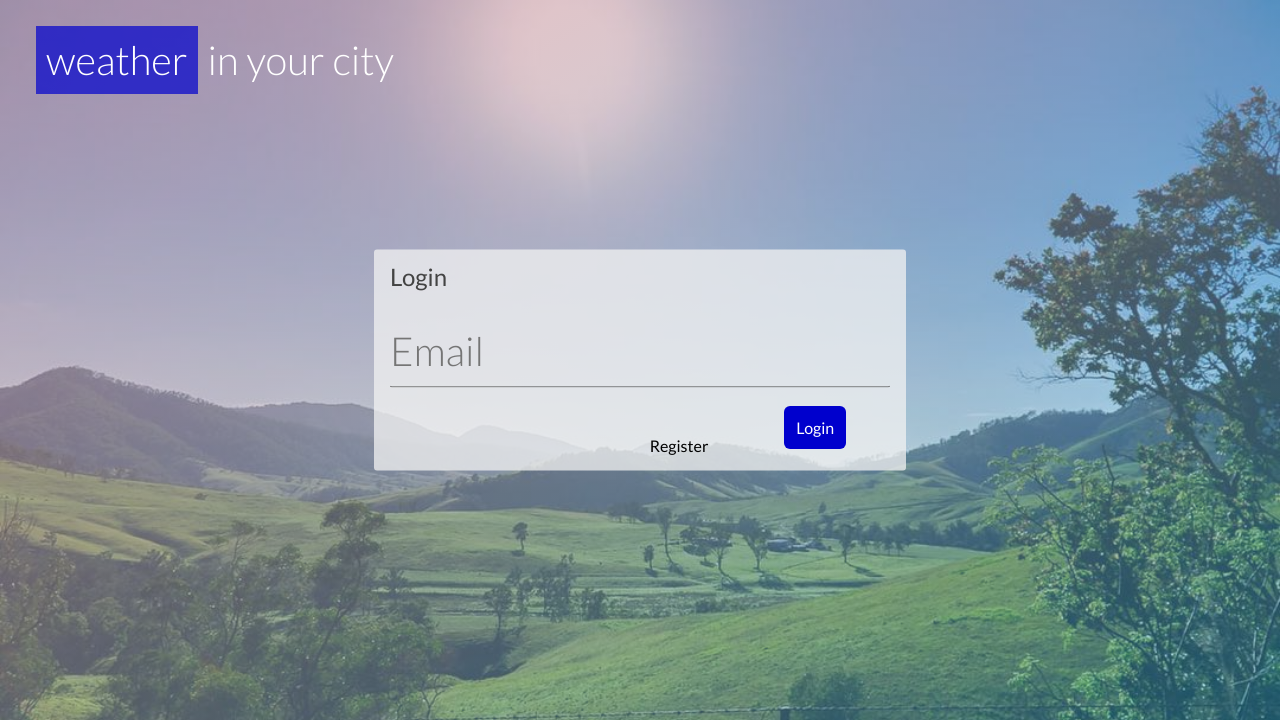
Repository: nosplashurinal/weather-app
Page: /, after clicking the first element matching `button.next`
These files come from the project's save history. The page is drawn as it stood at one moment and after the next save; the edit follows.
The browser window is 1280 px wide. The pictures show the whole page.
The project was rebuilt for these pictures with package versions that can differ from the ones it lists, and the page was loaded fresh each time. Also part of the build but not shown: src/components/RecentSearches.vue, src/components/Search.vue, src/components/WeatherDataBlock.vue.

Above is the page before, as saved 2018-12-31 17:08:39.

After the next save:
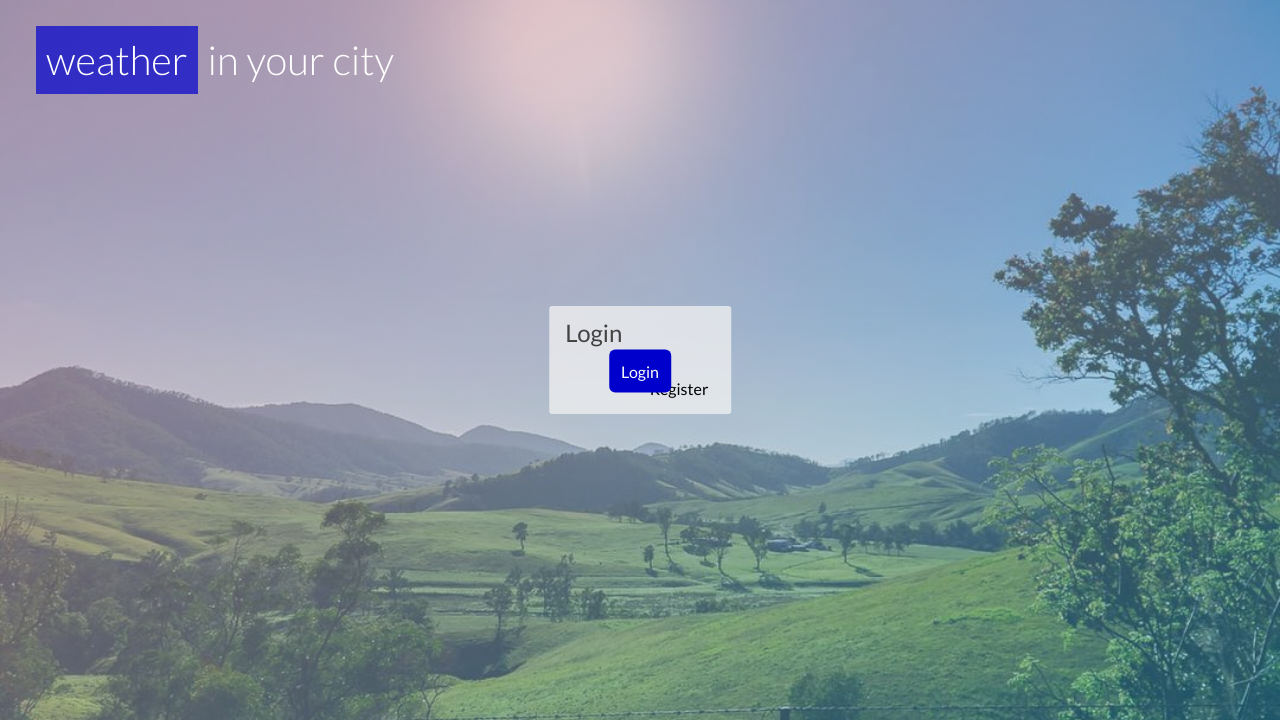
Saved 17 s later.
--- a/src/components/Login.vue
+++ b/src/components/Login.vue
@@ -2,17 +2,8 @@
   <div class="login">
     <div class="login-container">
       <p>Login</p>
-      <input
-        autocomplete="off"
-        type="email"
-        name="email"
-        class="email"
-        id="email"
-        placeholder="Email"
-        v-on:keypress="onKeyPress"
-      >
       <div class="button-container">
-        <div class="login" v-on:click="onLogin">Login</div>
+        <button class="login" v-on:click="onLogin">Login</button>
         <button class="register-button">Register</button>
       </div>
     </div>

After the save that followed:
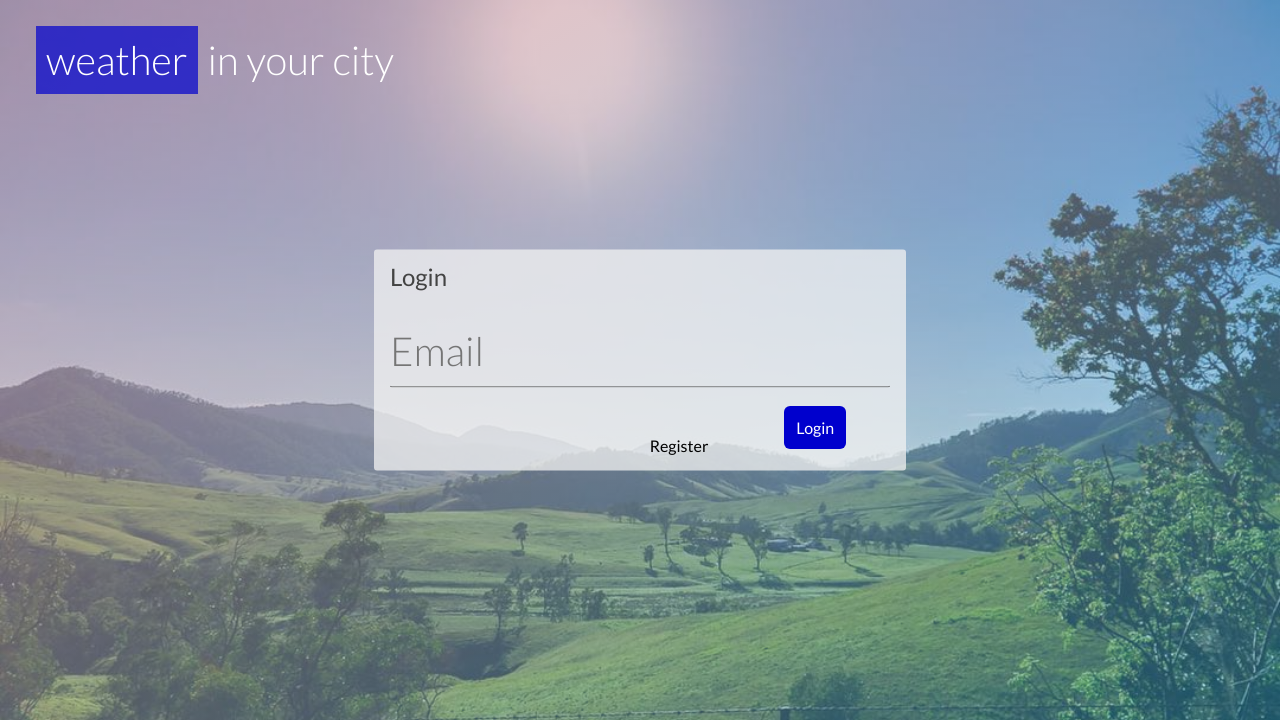
Saved 10 s later.
--- a/src/components/Login.vue
+++ b/src/components/Login.vue
@@ -2,6 +2,15 @@
   <div class="login">
     <div class="login-container">
       <p>Login</p>
+      <input
+        autocomplete="off"
+        type="email"
+        name="email"
+        class="email"
+        id="email"
+        placeholder="Email"
+        v-on:keypress="onKeyPress"
+      >
       <div class="button-container">
         <button class="login" v-on:click="onLogin">Login</button>
         <button class="register-button">Register</button>
